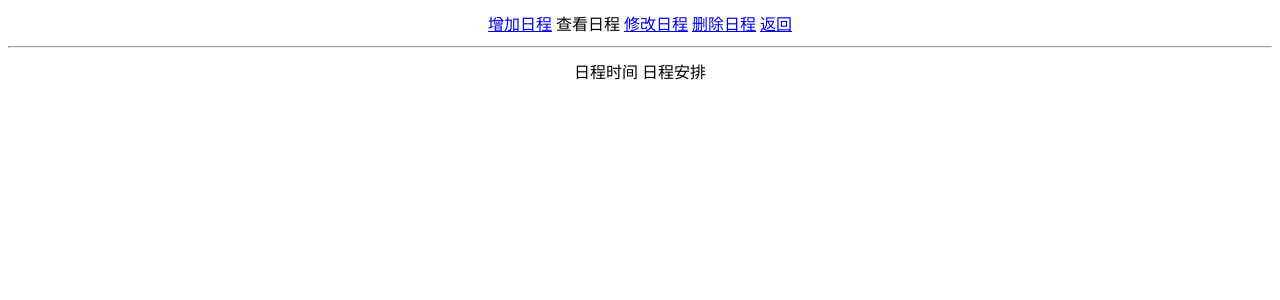
Repository: zy840055899/old-workspace
Page: http://localhost/PIMS/dateManager/lookDate.jsp
An editor plug-in stored every save of this project. The page is shown before and after the next save, followed by the edit.
The browser window is 1280 px wide. The pictures show the whole page.
The page is served by Tomcat 9.

Above is the page before, as saved 2014-03-17 02:35:52.

After the next save:
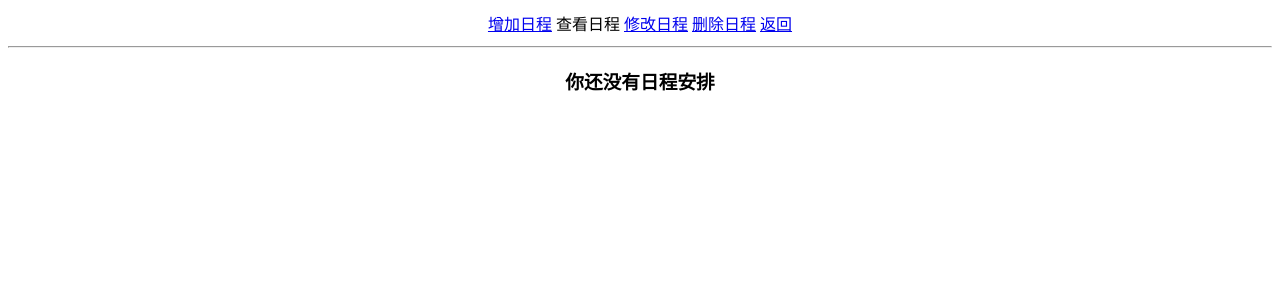
Saved 11 min 42 s later.
--- a/PIMS/WebContent/dateManager/lookDate.jsp
+++ b/PIMS/WebContent/dateManager/lookDate.jsp
@@ -1,3 +1,4 @@
+<%@page import="dateManager.LookDateBean"%>
 <%@page import="java.util.ArrayList"%>
 <%@ page language="java" contentType="text/html; charset=UTF-8"
     pageEncoding="UTF-8"%>
@@ -27,18 +28,36 @@
 
 <table>
 
+
+
+<%
+ArrayList datelist = (ArrayList)session.getAttribute("datelist");
+
+if(datelist == null || datelist.size() == 0)
+{
+%>
+<h3>你还没有日程安排</h3>
+<%
+}
+else
+{
+%>
 <tr>
 <td>日程时间</td>
 <td>日程安排</td>
 </tr>
-
 <%
-ArrayList datelist = (ArrayList)session.getAttribute("datelist");
-
-
-
-
-
+	for(int i = datelist.size() - 1; i >= 0; i--)
+	{
+		LookDateBean dd = (LookDateBean)datelist.get(i);
+%>
+<tr>
+<td><%=dd.getDate() %></td>
+<td><%=dd.getThing() %></td>
+</tr>
+<%
+	}
+}
 %>
 
 
